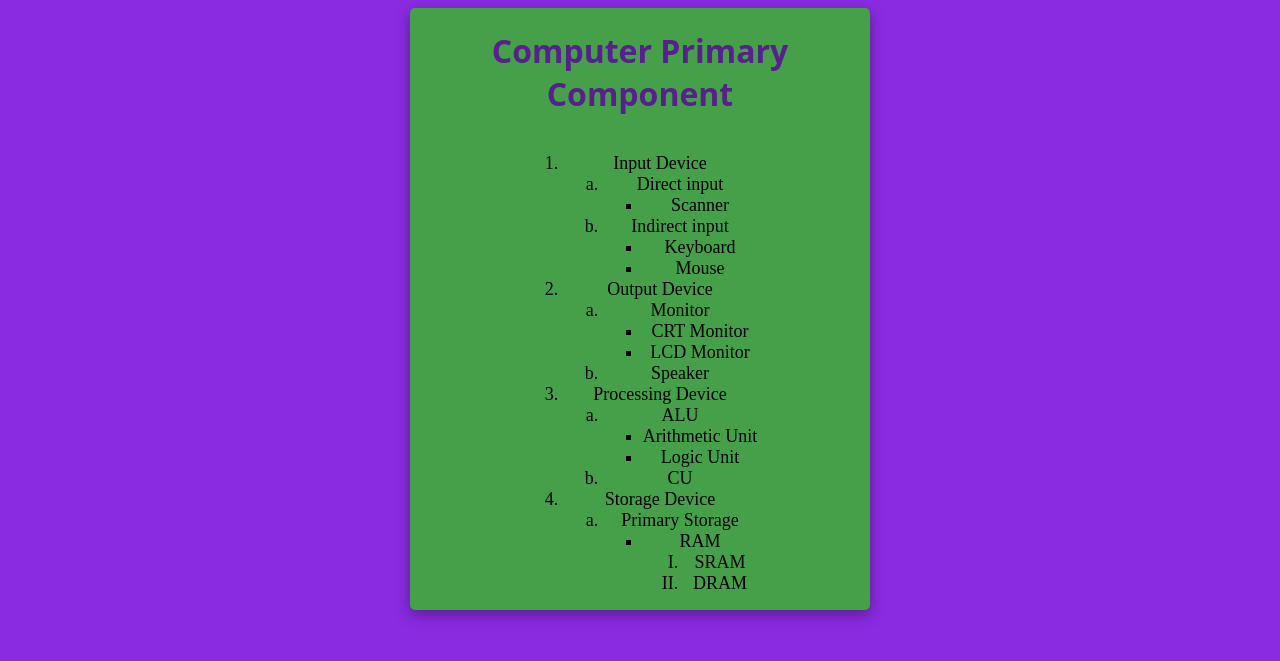
Repository: SharonSebastian32/Nested_List_in_html
Page: index.html
These files come from the project's save history. The page is drawn as it stood at one moment and after the next save; the edit follows.
The browser window is 1280 px wide. The pictures show the whole page.
The pointer rests on the first visible `div`.

Above is the page before, as saved 2024-09-01 08:21:45.

### index.html
<!DOCTYPE html>
<html lang="en">
  <head>
    <meta charset="UTF-8" />
    <meta name="viewport" content="width=device-width, initial-scale=1.0" />
    <title>Document</title>
    <link rel="stylesheet" href="./Styles/Styles.css" />
    <link href="https://unpkg.com/aos@2.3.1/dist/aos.css" rel="stylesheet" />
    <style>
      li {
        font-size: 18px;
        font-family: "Times New Roman", Times, serif;
      }
      div:hover {
        transform: scale(1.1);
        background-color: #45a049;
      }
    </style>
  </head>
  <body style="background-color: blueviolet">
    <center>
      <div class="listitem"
        data-aos="zoom-in-up"
      >
        <h1 style="color: rgb(88, 31, 142)">Computer Primary Component</h1>
        <ol>
          <li>Input Device</li>
          <ol type="a">
            <li>Direct input</li>
            <ul style="list-style-type: square">
              <li>Scanner</li>
            </ul>
            <li>Indirect input</li>
            <ul>
              <li>Keyboard</li>
              <li>Mouse</li>
            </ul>
          </ol>
          <li>Output Device</li>
          <ol type="a">
            <li>Monitor</li>
            <ul>
              <li>CRT Monitor</li>
              <li>LCD Monitor</li>
            </ul>
            <li>Speaker</li>
          </ol>
          <li>Processing Device</li>
          <ol type="a">
            <li>ALU</li>
            <ul>
              <li>Arithmetic Unit</li>
              <li>Logic Unit</li>
            </ul>
            <ul></ul>
            <li>CU</li>
          </ol>
          <li>Storage Device</li>
          <ol type="a">
            <li>Primary Storage</li>
            <ul>
              <li>RAM</li>
              <ol type="I">
                <li>SRAM</li>
                <li>DRAM</li>
              </ol>
            </ul>
          </ol>
        </ol>
      </div>
    </center>
    <script src="https://unpkg.com/aos@2.3.1/dist/aos.js"></script>
    <script>
      AOS.init();
    </script>
  </body>
</html>

### Styles/Styles.css
*{
    font-family: system-ui, -apple-system, BlinkMacSystemFont, 'Segoe UI', Roboto, Oxygen, Ubuntu, Cantarell, 'Open Sans', 'Helvetica Neue', sans-serif;

}
.listitem{
   border-radius: 5px;
    display: flex;
    flex-wrap: wrap;
    justify-content: center;
    align-items: center;
    flex-direction: column;
    background-color: rgb(255, 255, 255);
    width: 460px;
    box-shadow: rgba(0, 0, 0, 0.35) 0px 5px 15px;
}


body{
    background-color:blueviolet;
}

After the next save:
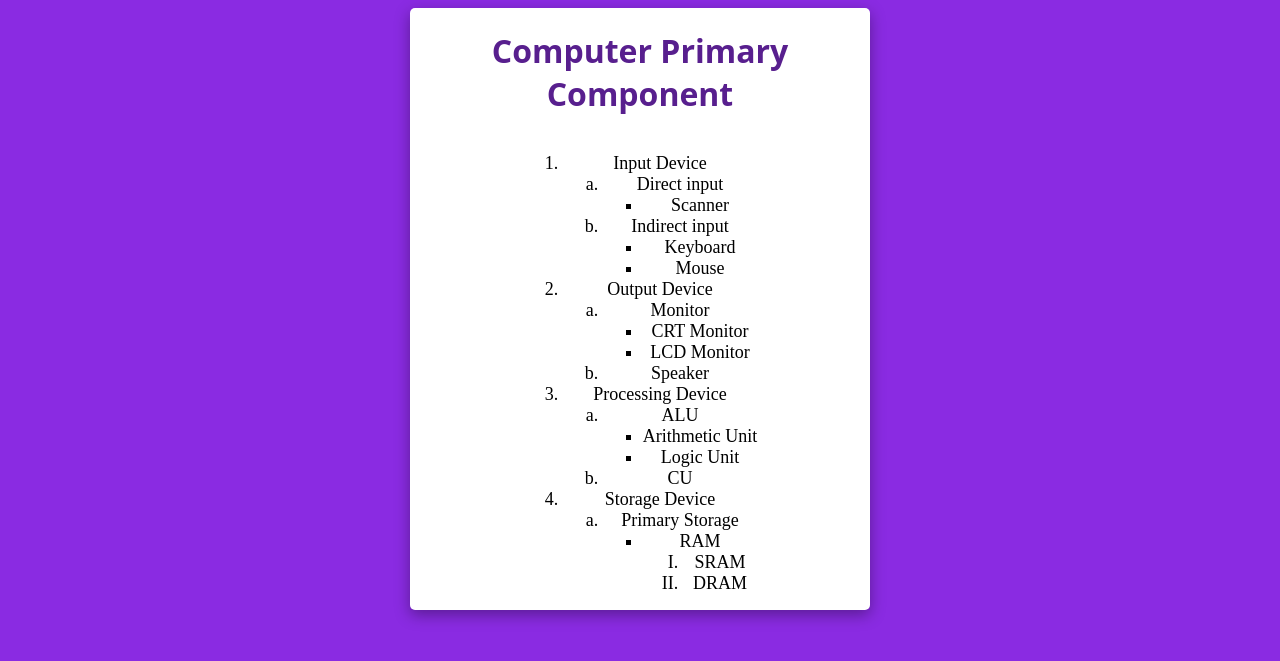
Saved 18 s later.
--- a/index.html
+++ b/index.html
@@ -13,8 +13,7 @@
       }
       div:hover {
         transform: scale(1.1);
-        background-color: #45a049;
-      }
+       }
     </style>
   </head>
   <body style="background-color: blueviolet">
